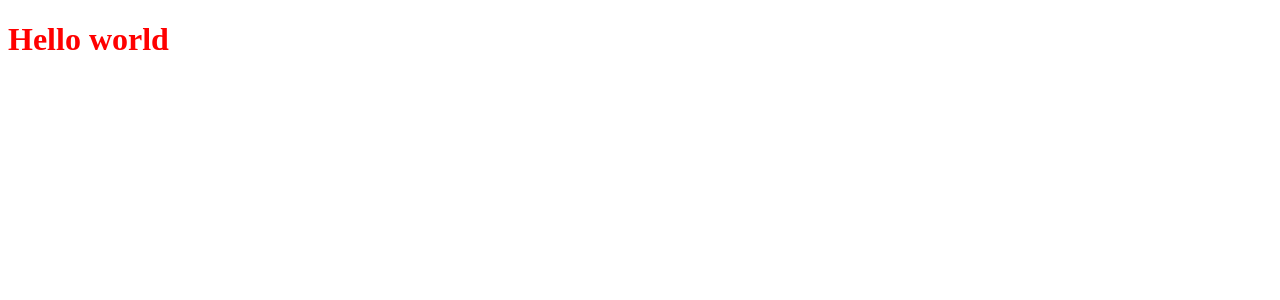
Repository: Egoist66/portfolio
Page: /
The author's editor kept a copy of each file at every save. The page is drawn from the files as they stood at one save, then again after the next save.
The browser window is 1280 px wide. The pictures show the whole page.
The project was rebuilt for these pictures with package versions that can differ from the ones it lists, and the page was loaded fresh each time.

Above is the page before, as saved 2023-07-20 17:47:33.

After the next save:
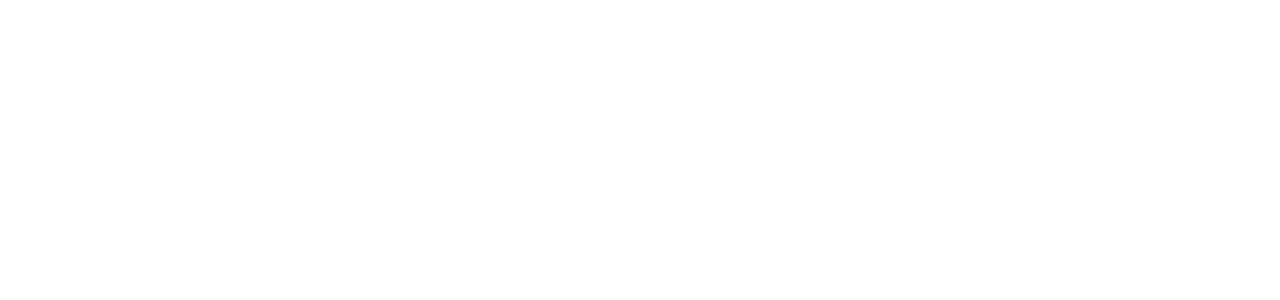
Saved 7 min 4 s later.
--- a/src/components/App.tsx
+++ b/src/components/App.tsx
@@ -4,7 +4,6 @@
   return (
     <div className="App">
 
-      <Title _color={'red'}>Hello world</Title>
 
     </div>
   );

After the save that followed:
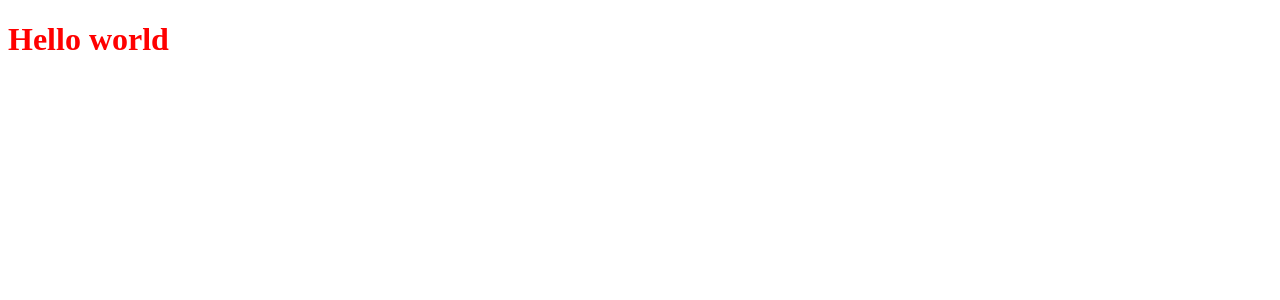
Saved 6 s later.
--- a/src/components/App.tsx
+++ b/src/components/App.tsx
@@ -4,6 +4,7 @@
   return (
     <div className="App">
 
+      <Title _color={'red'}>Hello world</Title>
 
     </div>
   );
